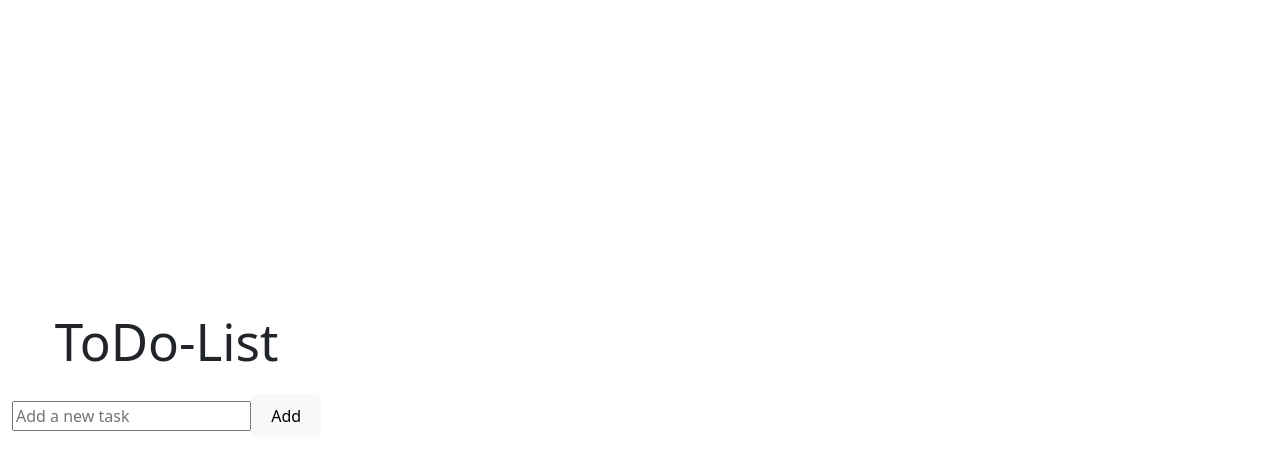
Repository: AkshatKapo/Todolist-React-app
Page: /
The author's editor kept a copy of each file at every save. The page is drawn from the files as they stood at one save, then again after the next save.
The browser window is 1280 px wide. The pictures show the whole page.
The project was rebuilt for these pictures with package versions that can differ from the ones it lists, and the page was loaded fresh each time. Also part of the build but not shown: vite.config.js, src/App.css, src/TodoList.css.

Above is the page before, as saved 2024-06-20 12:04:32.

### index.html
<!doctype html>
<html lang="en">
  <head>
    <meta charset="UTF-8" />
    <link rel="icon" type="image/svg+xml" href="/vite.svg" />
    <meta name="viewport" content="width=device-width, initial-scale=1.0" />
    <title>Vite + React</title>
    <link href= "https://cdn.jsdelivr.net/npm/bootstrap@5.3.0-alpha1/dist/css/bootstrap.min.css" rel="stylesheet">
  </head>
  <body>
    <div id="root"></div>
    <script type="module" src="/src/main.jsx"></script>
  </body>
</html>

### src/App.jsx
import { useState } from 'react'
import './App.css'
import TodoList from './TodoList'

function App() {


  return (
    <div>
      <TodoList />
    </div>
  )
}

export default App

### src/TodoList.jsx
import React from "react";
import { useState } from 'react';



const TodoList = () => {
    const [todos, setTodos] = useState([]);
    const [input, setInput] = useState('');

    const handlenputUpdate = (e) =>{
        setInput(e.target.value);
    }
    const handleAddTodo = () =>{
        if(input.trim()){
            setTodos([...todos,input]);
            setInput('');
        }
    }
    const handleRemoveTodo=(index) => {
        const updated_todo = todos.filter((_, i) => i !== index);
        setTodos(updated_todo);
    }



  return (
    <div class ="container mt-5">
      <h1 class="text-center mb-4">ToDo-List</h1>

      <div></div>
      <input
        type="text"
        value={input}
        onChange={handlenputUpdate}
        placeholder="Add a new task"
      ></input>
      <button onClick={handleAddTodo}>Add</button>
      <ul>
        {todos.map((todo, index) => (
          <li key={index}>
            {todo}{" "}
            <button onClick={() => handleRemoveTodo(index)}>Remove</button>
          </li>
        ))}
      </ul>
    </div>
  );
};

export default TodoList;

Loaded but not shown: src/main.jsx (common file); src/index.css (common file)

After the next save:
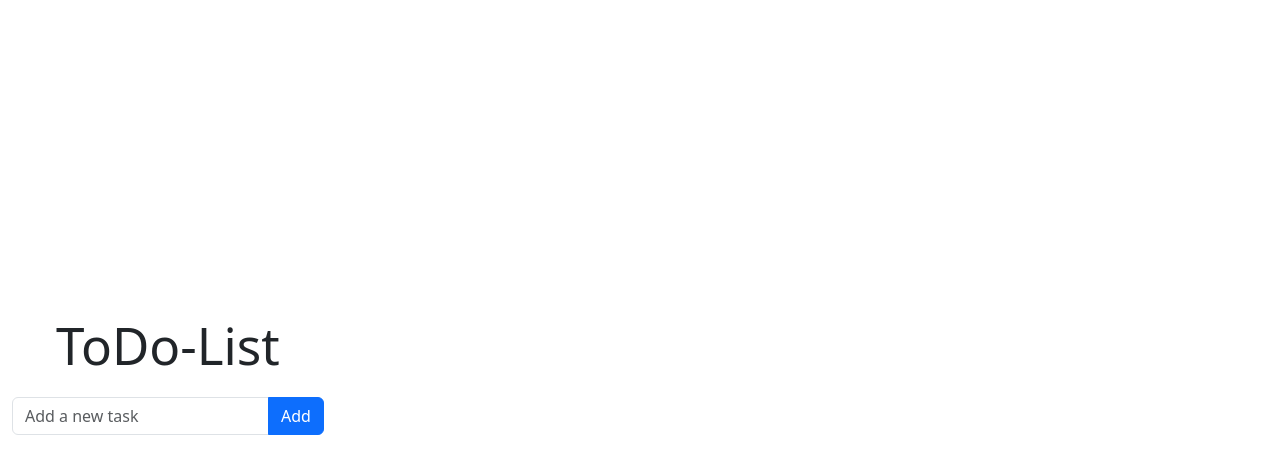
Saved 2 min 55 s later.
--- a/src/TodoList.jsx
+++ b/src/TodoList.jsx
@@ -1,45 +1,49 @@
-import React from "react";
-import { useState } from 'react';
-
-
+import React, { useState } from "react";
+import './TodoList.css'; // Import your custom CSS file
 
 const TodoList = () => {
-    const [todos, setTodos] = useState([]);
-    const [input, setInput] = useState('');
+  const [todos, setTodos] = useState([]);
+  const [input, setInput] = useState('');
 
-    const handlenputUpdate = (e) =>{
-        setInput(e.target.value);
+  const handleInputChange = (e) => {
+    setInput(e.target.value);
+  }
+
+  const handleAddTodo = () => {
+    if (input.trim()) {
+      setTodos([...todos, input]);
+      setInput('');
     }
-    const handleAddTodo = () =>{
-        if(input.trim()){
-            setTodos([...todos,input]);
-            setInput('');
-        }
-    }
-    const handleRemoveTodo=(index) => {
-        const updated_todo = todos.filter((_, i) => i !== index);
-        setTodos(updated_todo);
-    }
+  }
 
-
+  const handleRemoveTodo = (index) => {
+    const updatedTodos = todos.filter((_, i) => i !== index);
+    setTodos(updatedTodos);
+  }
 
   return (
-    <div class ="container mt-5">
-      <h1 class="text-center mb-4">ToDo-List</h1>
+    <div className="container mt-5">
+      <h1 className="text-center mb-4">ToDo-List</h1>
 
-      <div></div>
-      <input
-        type="text"
-        value={input}
-        onChange={handlenputUpdate}
-        placeholder="Add a new task"
-      ></input>
-      <button onClick={handleAddTodo}>Add</button>
-      <ul>
+      <div className="input-group mb-3">
+        <input
+          type="text"
+          className="form-control"
+          value={input}
+          onChange={handleInputChange}
+          placeholder="Add a new task"
+        />
+        <button className="btn btn-primary" onClick={handleAddTodo}>Add</button>
+      </div>
+
+      <ul className="list-group">
         {todos.map((todo, index) => (
-          <li key={index}>
-            {todo}{" "}
-            <button onClick={() => handleRemoveTodo(index)}>Remove</button>
+          <li key={index} className="list-group-item">
+            {todo}
+            <div className="btn-group">
+              <button className="btn btn-danger delete-btn" onClick={() => handleRemoveTodo(index)}>✕</button>
+              <button className="btn btn-primary edit-btn">✎</button>
+            </div>
           </li>
         ))}
       </ul>
